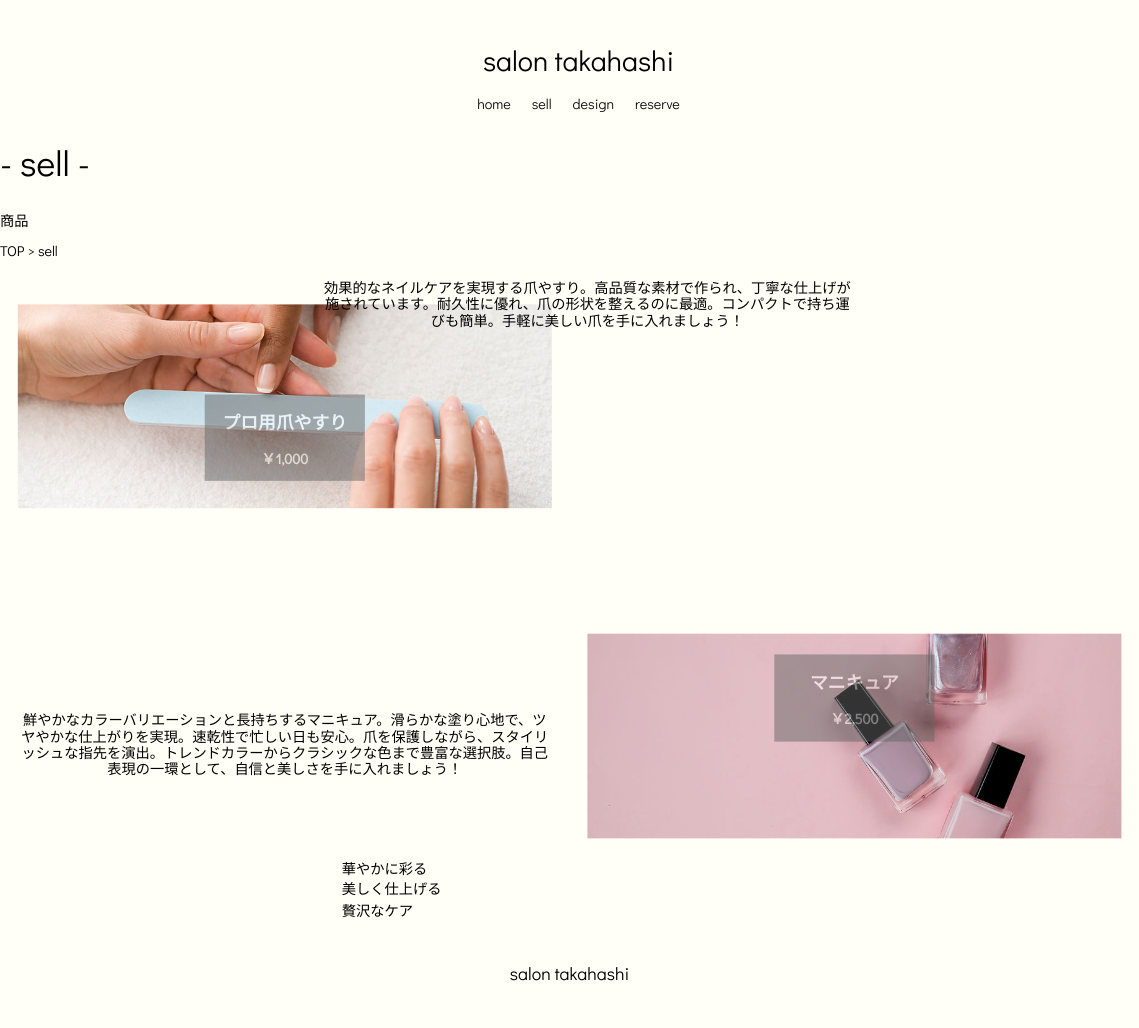
Repository: yukitakahashi1002/salontakahashi-
Page: sell.html
These files come from the project's save history. The page is drawn as it stood at one moment and after the next save; the edit follows.
The browser window is 1280 px wide. The pictures show the whole page, at 89% of full size.

Above is the page before, as saved 2023-08-02 02:22:32.

### sell.html
<!DOCTYPE html>
<html>
<head>
    <title>Salon Takahashi - sell 商品 -</title>
    <meta charset="utf-8">
    <meta name="description" content="サロンタカハシの販売商品です">
    <meta name="viewport" content="width=device-width, initial-scale=1.0">
    <link rel="stylesheet" href='https://fonts.googleapis.com/css?family=Didact Gothic'>
    <link rel="stylesheet" href="css/normalize.css">
    <link rel="stylesheet" href="css/style.css">
</head>
<body>
    <!-- ヘッダー -->
    <header>
        <!-- サイトタイトル -->
        <h1>salon takahashi</h1>

        <!-- PC用ナビゲーション -->
        <nav id="nav-pc">
            <a href="/">home</a>
            <a href="sell.html">sell</a>
            <a href="design.html">design</a>
            <a href="reserve.html">reserve</a>
        </nav>
    </header>
    <main>
        <article>
            <!-- menu -->
            <section id="sell">
                <div class="sell-title">
                    <h2>- sell -</h2>
                    <p>商品</p>
                    <div>TOP > sell</div>
                </div>
                <div id="menu-flex">
                    <div class="menu-flex-left">
                        <img id="menu-photo1" src="images/5bf6e16609554325bf973714113b2404.jpg" alt="プロ用爪やすり">
                        <div class="placebox-left">
                            <h3>プロ用爪やすり</h3>
                            <p>￥1,000</p>
                        </div>
                        <div class="sell-description-left">
                            <p>
                                鮮やかなカラーバリエーションと長持ちするマニキュア。滑らかな塗り心地で、ツヤやかな仕上がりを実現。速乾性で忙しい日も安心。爪を保護しながら、スタイリッシュな指先を演出。トレンドカラーからクラシックな色まで豊富な選択肢。自己表現の一環として、自信と美しさを手に入れましょう！
                            </p>
                        </div>
                    </div>
                    <div class="menu-flex-right">
                        <img id="menu-photo2" src="images/11062b_7d27fc5c07e74960b3757fe48325ce2c~mv2_d_6240_4160_s_4_2.jpg" alt="マニュキュア" >
                        <div class="placebox-right">
                            <h3>マニキュア</h3>
                            <p>￥2,500</p>
                        </div>
                        <div class="sell-description-right">
                            <p>
                                効果的なネイルケアを実現する爪やすり。高品質な素材で作られ、丁寧な仕上げが施されています。耐久性に優れ、爪の形状を整えるのに最適。コンパクトで持ち運びも簡単。手軽に美しい爪を手に入れましょう！
                            </p>
                       </div>
                    </div>
                </div>
                <div class="menu-foot">
                    <p> 華やかに彩る</p>
                    <p> 美しく仕上げる</p>
                    <p> 贅沢なケア</p>
                </div>
            </section>
        </article>
        <footer>
            <div>

            </div>
        </footer>
    </main>
</body>
<footer>
    <p>salon takahashi</p>
</footer>
</html>

### css/style.css
@charset "utf-8";

/*
* *********************************
*　ページ全体に関わるのCSS設定
* *********************************
*/
html *,
::before,
::after {
    box-sizing: border-box;
}

html {
    font-size: 14px;
}
@media (min-width: 768px)  {
    html {
        font-size: 16px;
    }
}

body {
    font-family: 'Didact Gothic', sans-serif;
    background-color: #FFFFF8;
}

/* 標準的なリンクのテキストの色 */
a {
    color: #f30;
}



/*=============
PC用のスタイル
==============*/
/* 横幅設定 */
body {
    max-width: 1800px;
    min-width: 960px;
    margin: 0 auto 0 auto;
}

/* ヘッダー */
header {
    text-align: center;
    margin-top: 50px;
}
header > h1 {
    margin-left: 20px;
    font-weight: normal;
}

/* ナビゲーションのレイアウト */
#nav-pc > a:link {
    text-decoration: none;
    margin-left: 20px;
    color: #0d0d0d;
}

#nav-pc > a:visited {
    color: #0d0d0d;
}

#nav-pc > a:hover {
    color: #0d0d0d;
    text-decoration: underline;
}

#nav-pc > a:active {
    color: #0d0d0d;
}

/* メインビジュアル */
#main-visual {
    text-align: center;
}

#main-message > h1 {
    font-size: 60px;
    margin: 100px auto 0 auto;
    font-weight: normal;
}
#main-message > p {
    font-size: 20px;
}

#main-visual > img {
    margin: 80px auto 0 auto;
}

/* 見出し */
.section-title {
    text-align: center;
}
.section-title > P {
    margin-top: -20px;
}


h2 {
    font-weight: normal;
    font-size: 40px;
}

h3 {
    font-size: 20px;
}

/* メニュー */
#menu {
    margin: 100px auto 80px auto;
    width: 100%;
}

#menu-flex {
    width: 100%;
    display: flex;
}

#menu-flex > div {
    width: 50%;
    height: 600px;
    margin: 50px 20px 20px 20px;
}

.menu-flex-left {
    display: flex;
    align-items: flex-start;
    position: relative;
}

.menu-flex-left > img {
    width: 100%;
}

.placebox-left {
    width: 30%;
    position: absolute;
    top: 25%;
    left: 50%;
    -ms-transform: translate(-50%, -50%);
    -webkit-transform: translate(-50%, -50%);
    transform: translate(-50%, -50%);
    margin: 0;
    padding: 0;
    background-color: #666666;
    opacity: 0.5;
    color: #FFFFFF;
    text-align: center;
    font-weight: bold;
}

/* 商品ページの商品コメント */
.sell-description-left {
    width: 100%;
    position: absolute;
    bottom: 0;
    left: 50%;
    -ms-transform: translate(-50%, -50%);
    -webkit-transform: translate(-50%, -50%);
    transform: translate(-50%, -50%);
    margin: 0;
    padding: 0;
    text-align: center;
}

.menu-flex-right {
    display: flex;
    align-items: flex-end;
    position: relative;
}


.menu-flex-right > img {
    width: 100%;
}

.placebox-right {
    width: 30%;
    position: absolute;
    bottom: 10%;
    right: 20%;
    -ms-transform: translate(-50%, -50%);
    -webkit-transform: translate(-50%, -50%);
    transform: translate(-50%, -50%);
    margin: 0;
    padding: 0;
    background-color: #666666;
    opacity: 0.5;
    color: #FFFFFF;
    text-align: center;
    font-weight: bold;
}

/* 商品ページの商品コメント */
.sell-description-right {
    width: 100%;
    position: absolute;
    top: 0;
    -ms-transform: translate(-50%, -50%);
    -webkit-transform: translate(-50%, -50%);
    transform: translate(-50%, -50%);
    margin: 0;
    padding: 0;
    text-align: center;
}


.menu-foot {
    text-align: left;
    width: 60%;
    margin: 0 0 0 30%;
}

.menu-foot p {
    margin: 5px 0 5px 0;
    font-size: 16px;
}

/* インフォメーション */
#information {
    margin: 100px auto 80px auto;
    width: 100%;
}

/* 表部分 */
/* height: 330px;効かない */
table {
    border-collapse:collapse;
    border-spacing: 0;
    height: 330px;
}

/* .information-table > td だと効かない */
.infomertion-left {
    width: 50%;
    height: 200px;
    background-color: #F2F2F2;
    text-align: center;
    vertical-align: center;
    line-height: 40px;
}

.infomertion-right {
    width: 50%;
    /* height: 200px; */
}

strong {
    font-size: 30px;
}

footer {
    margin: 50px auto;
    text-align: center;
}

footer p {
    font-size: 20px;
}

Loaded but not shown: css/normalize.css (library)

After the next save:
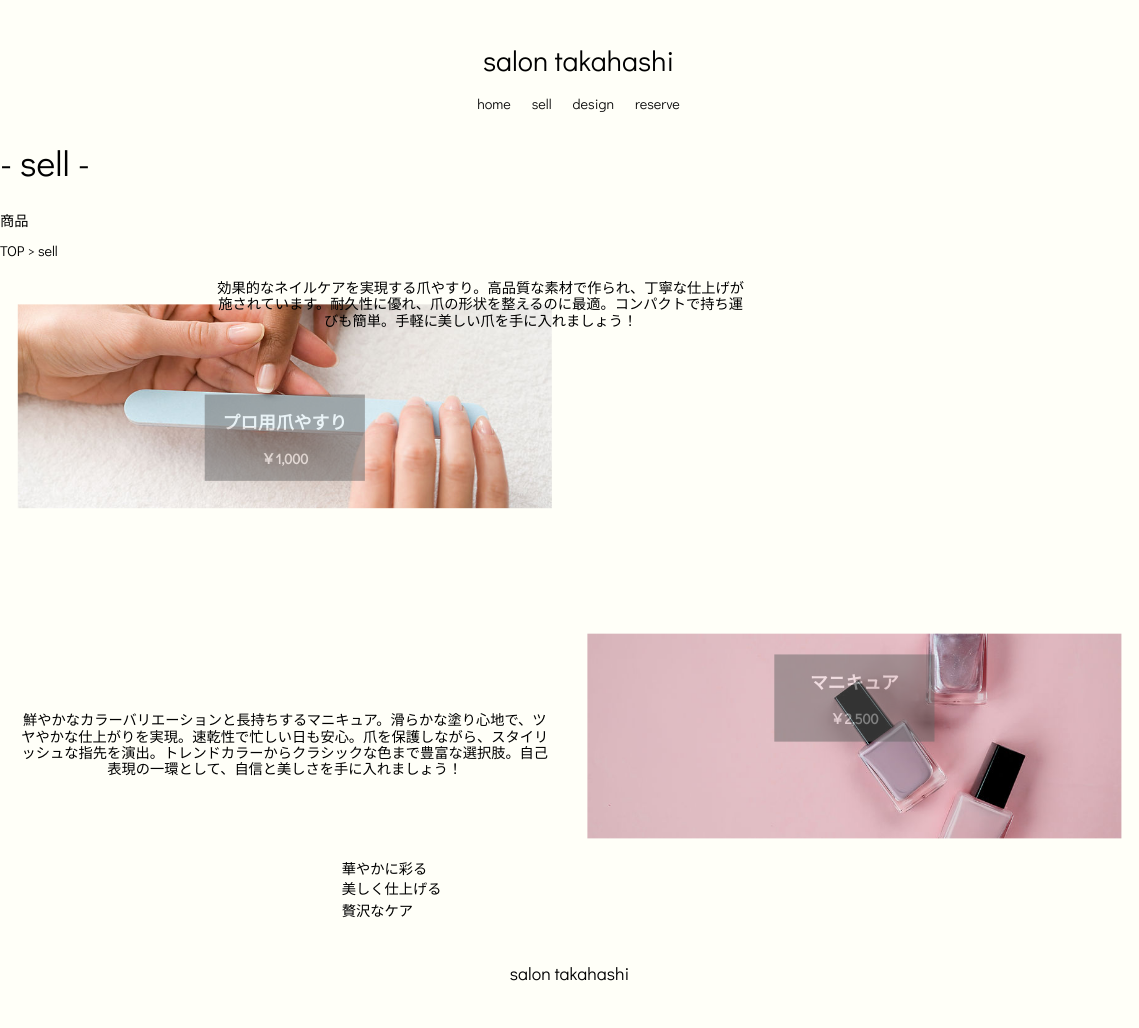
Saved 29 s later.
--- a/css/style.css
+++ b/css/style.css
@@ -199,6 +199,7 @@ h3 {
     width: 100%;
     position: absolute;
     top: 0;
+    right: 20%;
     -ms-transform: translate(-50%, -50%);
     -webkit-transform: translate(-50%, -50%);
     transform: translate(-50%, -50%);
